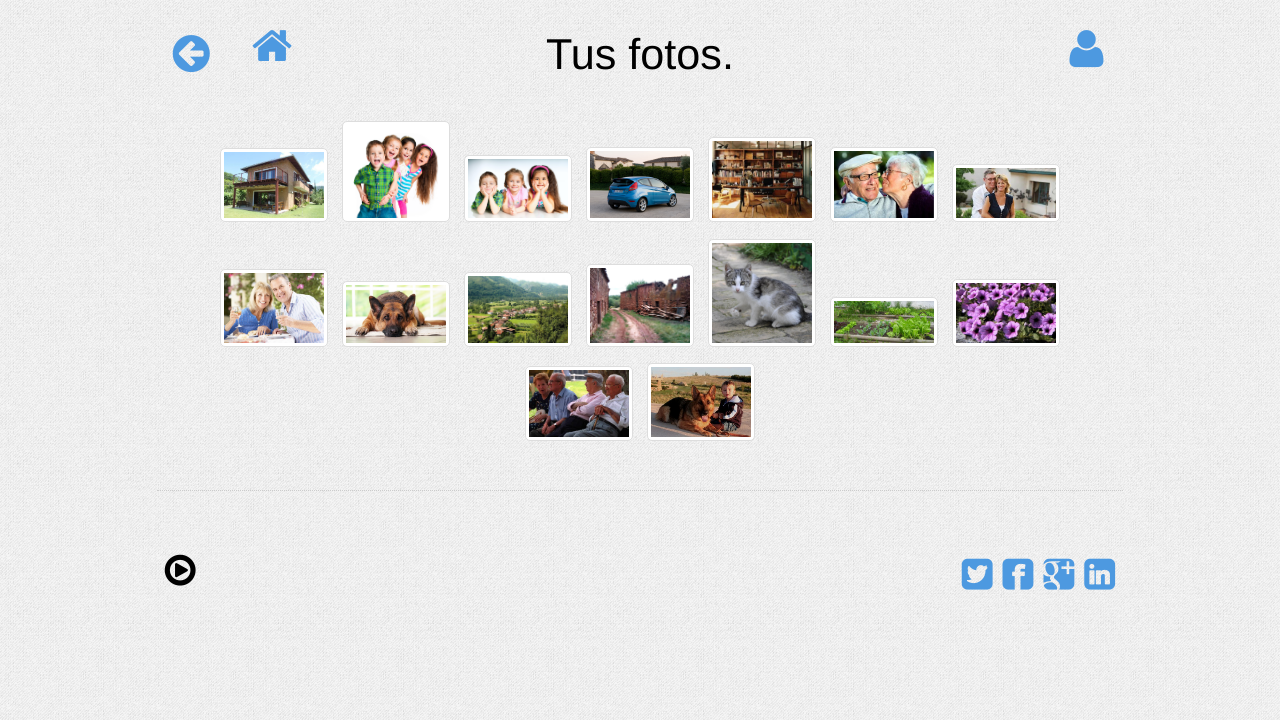
Repository: SCeruso/RememberMe
Page: presentacion_imagenes.html
The author's editor kept a record of every edit. The page is drawn from the files as they stood at one moment, then again after the next edit.
The browser window is 1280 px wide. The pictures show the whole page.
Some web libraries are served in a nearby version.

Above is the page before.

After the next edit:
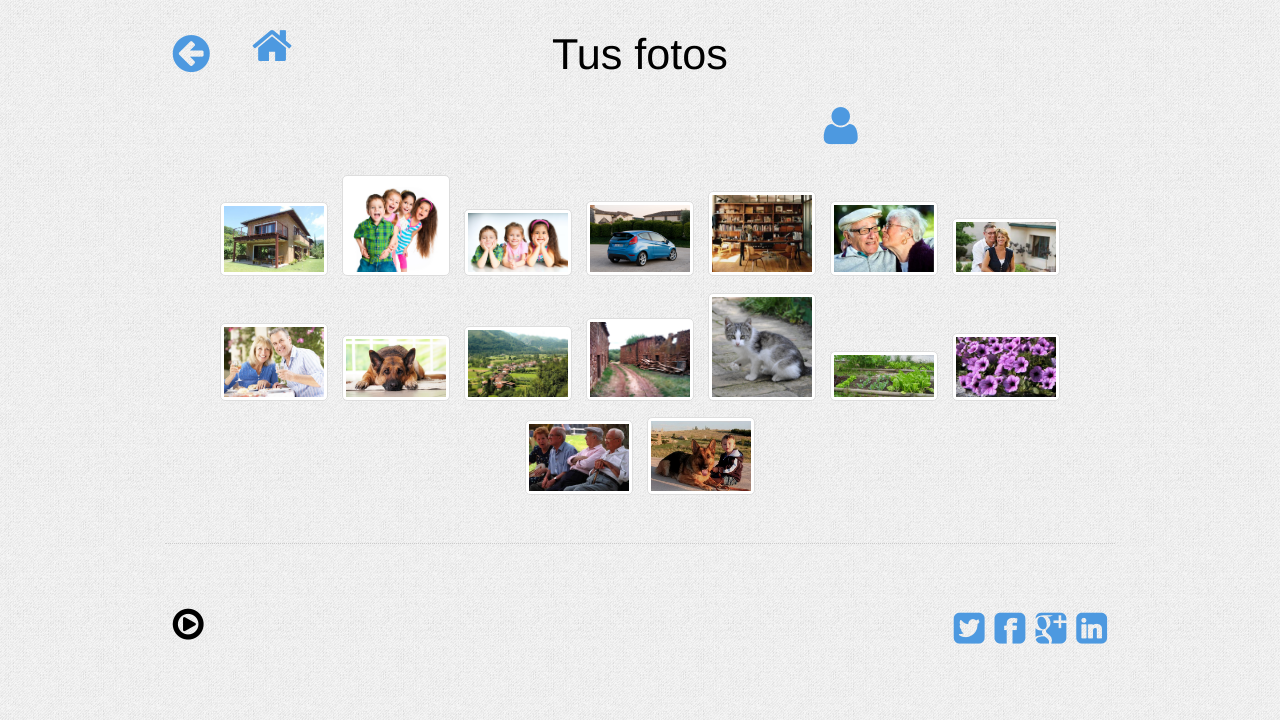
The edit:
--- a/presentacion_imagenes.html
+++ b/presentacion_imagenes.html
@@ -35,8 +35,8 @@
         </h2>
         <div class="col_6">
         <h2 class="center">
-               <p>Tus fotos.</p>
-        </h2></div>
+               <p>Tus fotos</p>
+        </h2>
         <h2>
         		<a href = "perfil.html">
                <i class="icon-user icon-border pull-right" title="Mi perfil"></i>
